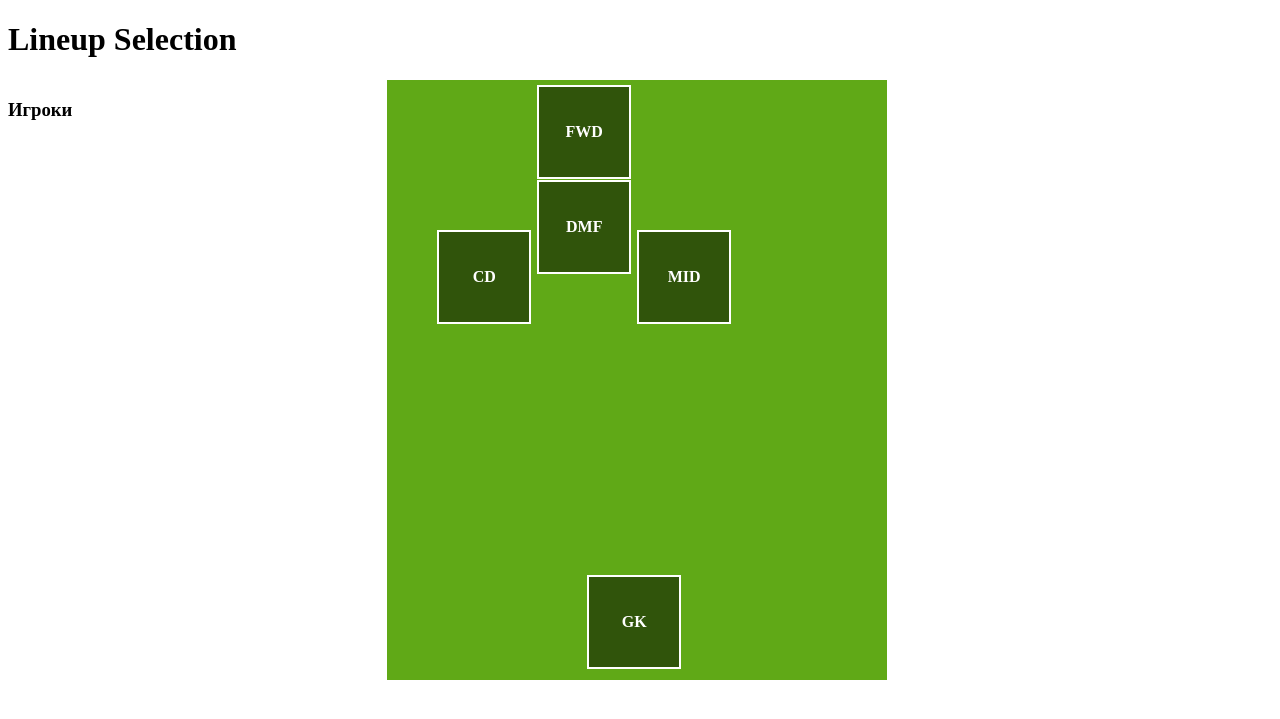
Repository: greatgreek73/soccergame
Page: http://localhost/lineup-selection/
The author's editor kept a copy of each file at every save. The page is drawn from the files as they stood at one save, then again after the next save.
The browser window is 1280 px wide. The pictures show the whole page.
Some web libraries are served in a nearby version. The page is served by the project's application, run on Django 4.2 (manage.py). A made-up administrator, testuser (Test User, test@example.com), is signed in. Other server files are loaded and not shown. Queries for data that is not in the repository find no rows.

Above is the page before, as saved 2024-04-18 21:10:14.

### players/templates/lineup_selection.html
{% load static %}

<!DOCTYPE html>
<html>
<head>
    <title>Lineup Selection</title>
    <link rel="stylesheet" href="https://code.jquery.com/ui/1.12.1/themes/base/jquery-ui.css">
    <script src="https://code.jquery.com/jquery-3.6.0.min.js"></script>
    <script src="https://code.jquery.com/ui/1.12.1/jquery-ui.min.js"></script>
    <style>
        .content-wrapper {
            display: flex;
            justify-content: flex-start; /* Изменено для устранения лишнего пространства между элементами */
        }
        #player-list {
            width: 30%; /* Задайте ширину списка игроков */
            margin-right: 0px; /* Отступ уменьшен до 0 */
        }
        #field {
            background-color: #60A917;
            width: 500px;
            height: 600px;
            position: relative;
        }
        .position {
            width: 90px;
            height: 90px;
            border: 2px solid #fff;
            position: absolute;
            display: flex;
            align-items: center;
            justify-content: center;
            color: white;
            font-weight: bold;
            background-color: rgba(0, 0, 0, 0.5); /* Небольшая прозрачность */
        }
    </style>
    <script>
        var lineup = []; // Инициализация массива состава на уровне глобальной переменной

        function loadInitialLineup() {
            $.ajax({
                url: '/get-lineup/',
                type: 'GET',
                success: function(response) {
                    lineup = response.lineup;
                    lineup.forEach(function(player) {
                        var playerElement = $('[data-player-id="' + player.player_id + '"]');
                        var positionElement = $('.position[data-position="' + player.position + '"]');
                        var playerClone = playerElement.clone().addClass('positioned-player').removeAttr('style');
                        positionElement.empty().append(playerClone);
                        playerElement.remove();
                        updateDraggable();
                    });
                },
                error: function(xhr, status, error) {
                    console.error('Error loading the lineup: ' + error);
                }
            });
        }

        function updateDraggable() {
            $('.positioned-player').draggable({
                revert: 'invalid',
                cursor: 'move',
                helper: 'clone',
                zIndex: 100
            });
        }

        $(document).ready(function() {
            loadInitialLineup();
            $('.player').draggable({
                revert: 'invalid',
                cursor: 'move',
                helper: 'clone',
                zIndex: 100
            });

            $('.position').droppable({
                accept: function(draggable) {
                    return true; // Теперь любой игрок может быть перетащен в любой слот
                },
                drop: function(event, ui) {
                    console.log("Игрок помещен в слот");
                    var droppedPlayer = ui.draggable;
                    var droppedPlayerId = droppedPlayer.data('player-id');
                    var position = $(this).data('position');  // Получаем позицию слота

                    // Удаление предыдущего игрока из этого слота, если он занят
                    if ($(this).find('.player').length) {
                        var positionedPlayerId = $(this).find('.player').data('player-id');
                        lineup = lineup.filter(item => item.player_id !== positionedPlayerId); // Удаление из массива
                    }

                    // Добавление нового игрока в массив lineup
                    lineup.push({player_id: droppedPlayerId, position: position});

                    // Клонирование и обновление DOM
                    var playerClone = droppedPlayer.clone().removeAttr('style').removeClass('ui-draggable').addClass('positioned-player');
                    $(this).empty().append(playerClone);
                    playerClone.draggable({
                        revert: 'invalid',
                        cursor: 'move',
                        helper: 'clone',
                        zIndex: 100
                    });

                    droppedPlayer.remove();
                    saveLineupAutomatically();  // Сохранение состава
                }
            });

            $('#player-list ul').droppable({
                accept: '.positioned-player',
                drop: function(event, ui) {
                    var droppedPlayer = ui.draggable;
                    var playerId = droppedPlayer.data('player-id');
                    lineup = lineup.filter(item => item.player_id !== playerId); // Update lineup
                    droppedPlayer.remove();
                    $(this).append(droppedPlayer);
                    droppedPlayer.draggable({
                        revert: 'invalid',
                        cursor: 'move',
                        helper: 'clone',
                        zIndex: 100
                    });
                    saveLineupAutomatically();
                }
            });

            function saveLineupAutomatically() {
                // Нет необходимости очищать массив, так как он уже глобальный и обновляется в других функциях
                $.ajax({
                    url: '/lineup/save/',
                    type: 'POST',
                    data: JSON.stringify({lineup: lineup}),
                    contentType: 'application/json',
                    success: function(response) {
                        console.log('Состав успешно сохранен автоматически');
                    },
                    error: function(xhr, status, error) {
                        console.error('Ошибка при автоматическом сохранении состава: ' + error);
                    }
                });
            }

            {% for position, player_id in selected_players.items %}
                var player = $('.player[data-player-id="{{ player_id }}"]');
                var playerClone = player.clone().removeAttr('style').removeClass('ui-draggable').addClass('positioned-player');
                playerClone.uniqueId();
                $('.position[data-position="{{ position }}"]').empty().append(playerClone);
                player.remove();

                playerClone.draggable({
                    revert: 'invalid',
                    cursor: 'move',
                    helper: 'clone',
                    zIndex: 100
                });
            {% endfor %}
        });
    </script>
</head>
<body>
    <h1>Lineup Selection</h1>
    <div class="content-wrapper"> <!-- Добавлен новый контейнер -->
        <div id="player-list">
            <h3>Игроки</h3>
            <ul>
                {% for player in players %}
                    <li class="player" data-player-id="{{ player.id }}" data-player-position="{{ player.position }}">
                        {{ player.last_name }} ({{ player.position }})
                    </li>
                {% endfor %}
            </ul>
        </div>

        <div id="field">
            <div class="position" data-position="GK" style="top: 495px; left: 200px;">GK</div>
            <div class="position" data-position="DEF" style="top: 150px; left: 50px;">CD</div>
            <div class="position" data-position="MID" style="top: 150px; left: 250px;">MID</div>
            <div class="position" data-position="FWD" style="top: 5px; left: 150px;">FWD</div>
            <div class="position" data-position="DMF" style="top: 100px; left: 150px;">DMF</div>

        </div>
    </div>
</body>
</html>

### players/views.py
import scipy.stats as stats
from django.http import HttpResponseRedirect, JsonResponse
from django.shortcuts import render, redirect, get_object_or_404
from .models import Player, Club, Lineup, LineupPlayer
from faker import Faker
from django.contrib import messages
from .forms import UserRegisterForm, CreateClubForm, GeneratePlayerForm
from django.contrib.auth import authenticate, login
from django.contrib.auth.decorators import login_required
from match_engine.engine import simulate_match
from utils.player_stats_generator import PlayerStatsGenerator
from utils.config import TOTAL_POINTS, MAIN_STATS_RATIO, KEY_STAT_MULTIPLIERS, MAX_STAT_VALUE
import json
from django.views.decorators.csrf import csrf_exempt
import logging

# Настройка логгера
logger = logging.getLogger('newsoccergame')

fake = Faker()

STATS = [
    'strength', 'stamina', 'pace', 'marking', 'tackling', 'work_rate',
    'positioning', 'passing', 'crossing', 'dribbling', 'ball_control',
    'heading', 'finishing', 'long_range', 'vision', 'handling', 'reflexes',
    'aerial', 'jumping', 'command', 'throwing', 'kicking'
]

def index(request):
    return render(request, 'index.html')

def generate_player(request):
    if request.method == 'POST':
        form = GeneratePlayerForm(request.POST)
        if form.is_valid():
            position = form.cleaned_data['position']
            Player.objects.create(
                first_name=fake.first_name_male(),
                last_name=fake.last_name_male(),
                age=17,
                position=position
            )
            return HttpResponseRedirect('/generate/')
    else:
        form = GeneratePlayerForm()
    return render(request, 'generate_player.html', {'form': form})

def register(request):
    if request.method == 'POST':
        form = UserRegisterForm(request.POST)
        if form.is_valid():
            form.save()
            username = form.cleaned_data.get('username')
            messages.success(request, f'Your account has been created! You are now able to log in')
            return redirect('login')
    else:
        form = UserRegisterForm()
    return render(request, 'register.html', {'form': form})

def user_login(request):
    if request.method == 'POST':
        username = request.POST['username']
        password = request.POST['password']
        user = authenticate(request, username=username, password=password)
        if user is not None:
            login(request, user)
            try:
                club = Club.objects.get(user=user)
                return redirect('club_detail', club_id=club.id)
            except Club.DoesNotExist:
                return redirect('create_club')
        else:
            return render(request, 'login.html', {'error': 'Invalid credentials'})
    return render(request, 'login.html')

@login_required
def home(request):
    try:
        club = Club.objects.get(user=request.user)
        return redirect('club_detail', club_id=club.id)
    except Club.DoesNotExist:
        return redirect('create_club')

def club_detail(request, club_id):
    club = get_object_or_404(Club, id=club_id)
    context = {
        'club': club,
        'form': GeneratePlayerForm()
    }
    return render(request, 'club_detail.html', context)

def create_club(request):
    if request.method == 'POST':
        form = CreateClubForm(request.POST)
        if form.is_valid():
            existing_club = Club.objects.filter(user=request.user).first()
            if existing_club:
                return redirect('club_detail', club_id=existing_club.id)

            new_club = Club.objects.create(
                user=request.user,
                name=form.cleaned_data['name'],
                country=form.cleaned_data['country']
            )
            return redirect('club_detail', club_id=new_club.id)
    else:
        form = CreateClubForm()
    return render(request, 'create_club.html', {'form': form})

def generate_player_for_club(request, club_id):
    try:
        club = Club.objects.get(id=club_id)
    except Club.DoesNotExist:
        return redirect('home')

    if club.user != request.user:
        return redirect('home')

    if request.method == 'POST':
        form = GeneratePlayerForm(request.POST)
        if form.is_valid():
            position = form.cleaned_data['position']
            player_class = int(form.cleaned_data['player_class'])

            config = {
                'stats': STATS,
                'total_points': TOTAL_POINTS,
                'main_stats_ratio': MAIN_STATS_RATIO,
                'key_stat_multipliers': KEY_STAT_MULTIPLIERS,
                'max_stat_value': MAX_STAT_VALUE
            }
            generator = PlayerStatsGenerator(config)
            player_stats = generator.generate_stats(position, player_class)

            country_to_locale = {
                'USA': 'en_US',
                'Russia': 'ru_RU',
                'China': 'zh_CN',
                'Belgium': 'nl_BE',
                'New Zealand': 'en_NZ',
                'Austria': 'de_AT',
                'Brazil': 'pt_BR',
                'Greece': 'el_GR',
                'Argentina': 'es_AR',
                'Italy': 'it_IT',
                'Germany': 'de_DE',
            }

            print(f"Club country: {club.country}")
            locale = country_to_locale.get(club.country, 'en_US')
            print(f"Using locale: {locale}")

            fake = Faker(locale)

            while True:
                first_name = fake.first_name_male()
                last_name = fake.last_name_male()

                if not Player.objects.filter(first_name=first_name, last_name=last_name).exists():
                    break

            player = Player.objects.create(
                first_name=first_name,
                last_name=last_name,
                age=17,
                club=club,
                nationality=club.country,
                position=position,
                player_class=player_class,
                **player_stats
            )

            return redirect('club_detail', club_id=club.id)
    else:
        form = GeneratePlayerForm()

    context = {'form': form}
    return render(request, 'generate_player.html', context)

def player_detail(request, player_id):
    player = get_object_or_404(Player, id=player_id)
    context = {
        'player': player
    }
    return render(request, 'player_detail.html', context)

def start_match(request, club_id):
    club1 = get_object_or_404(Club, id=club_id)
    opponent_club_id = request.GET.get('opponent_club_id')
    if opponent_club_id:
        try:
            club2 = get_object_or_404(Club, id=opponent_club_id)
        except Club.DoesNotExist:
            return render(request, 'error.html', {'error': 'Invalid opponent club'})

        lineup1 = Lineup.objects.filter(user=club1.user).last()
        lineup2 = Lineup.objects.filter(user=club2.user).last()

        if lineup1:
            players1 = [lp.player for lp in LineupPlayer.objects.filter(lineup=lineup1)]
        else:
            players1 = Player.objects.filter(club=club1)

        if lineup2:
            players2 = [lp.player for lp in LineupPlayer.objects.filter(lineup=lineup2)]
        else:
            players2 = Player.objects.filter(club=club2)

        winner, loser = simulate_match(players1, players2, club1, club2)

        winner_players = winner.players
        loser_players = loser.players

        context = {
            'club1': club1,
            'club2': club2,
            'winner_club': winner.club,
            'loser_club': loser.club,
            'winner_players': winner_players,
            'loser_players': loser_players,
        }

        return render(request, 'match.html', context)
    else:
        other_clubs = Club.objects.exclude(id=club_id)
        context = {
            'club': club1,
            'other_clubs': other_clubs,
        }
        return render(request, 'select_opponent.html', context)

def update_stadium(request, pk):
    club = get_object_or_404(Club, pk=pk)
    if request.method == 'POST':
        data = json.loads(request.body)
        club.stadium_name = data['stadium_name']
        club.save()
        return JsonResponse({'status': 'ok'})

def increase_capacity(request, pk):
    club = get_object_or_404(Club, pk=pk)
    if request.method == 'POST':
        club.stadium_capacity += 1000
        club.save()
        return JsonResponse({'stadium_capacity': club.stadium_capacity})

@login_required
def lineup_selection(request):
    players = Player.objects.filter(club__user=request.user)
    lineup = Lineup.objects.filter(user=request.user).last()
    if lineup:
        lineup_players = LineupPlayer.objects.filter(lineup=lineup)
        selected_players = {lp.position: lp.player.id for lp in lineup_players}
    else:
        selected_players = {}
    return render(request, 'lineup_selection.html', {'players': players, 'selected_players': selected_players})

@login_required
@csrf_exempt
def save_lineup(request):
    logger.debug("save_lineup called")  # Логирование вызова функции
    if request.method == 'POST':
        try:
            data = json.loads(request.body)
            logger.debug(f"Received lineup data: {data}")  # Логирование полученных данных

            lineup_data = data.get('lineup', [])
            user = request.user
            lineup = Lineup.objects.filter(user=user).last()

            if not lineup:
                lineup = Lineup.objects.create(user=user)

            # Удалить всех текущих игроков из лайнапа перед добавлением новых
            LineupPlayer.objects.filter(lineup=lineup).delete()

            # Добавить игроков из полученных данных
            for item in lineup_data:
                player_id = item.get('player_id')
                position = item.get('position')
                player = Player.objects.get(id=player_id)
                LineupPlayer.objects.create(lineup=lineup, player=player, position=position)

            logger.debug("Lineup saved successfully")  # Логирование успешного сохранения
            return JsonResponse({'status': 'success', 'message': 'Состав успешно сохранен'})
        except Exception as e:
            logger.error(f"Error saving lineup: {e}", exc_info=True)  # Логирование ошибок
            return JsonResponse({'error': 'Internal server error'}, status=500)
    else:
        logger.warning("Incorrect request method")  # Логирование некорректного метода запроса
        return JsonResponse({'status': 'error', 'message': 'Неверный метод запроса'}, status=400)

def get_lineup(request):
    lineup = LineupPlayer.objects.filter(lineup__user=request.user)  # Убедитесь, что данные фильтруются по текущему пользователю
    data = [{'player_id': player.player.id, 'position': player.position} for player in lineup]
    return JsonResponse({'lineup': data})

### newsoccergame/urls.py
from django.contrib import admin
from django.urls import path, include
from players import views as player_views
from django.contrib.auth import views as auth_views
from django.contrib.auth.views import LogoutView
from players.views import index


urlpatterns = [
    path('', index, name='index'),
    path('admin/', admin.site.urls),
    path('', include('players.urls')),
    path('generate/', player_views.generate_player, name='generate_player'),
    path('register/', player_views.register, name='register'),
    path('login/', auth_views.LoginView.as_view(template_name='login.html'), name='login'),
    path('logout/', LogoutView.as_view(next_page='index'), name='logout'),
    path('', player_views.home, name='home'),

]

### players/urls.py
from django.urls import path
from . import views
from players.views import index
from .views import lineup_selection

urlpatterns = [
    # ... другие маршруты ...
    path('generate/', views.generate_player, name='generate_player'),
    path('register/', views.register, name='register'),
    path('login/', views.user_login, name='login'),
    path('', views.home, name='home'),
    path('club/<int:club_id>/', views.club_detail, name='club_detail'),
    path('create_club/', views.create_club, name='create_club'),
    path('club/<int:club_id>/generate_player/', views.generate_player_for_club, name='generate_player_for_club'),
    path('player/<int:player_id>/', views.player_detail, name='player_detail'),
    path('', index, name='index'),
    path('match/<int:club1_id>/<int:club2_id>/', views.start_match, name='start_match'),
    path('match/<int:club_id>/', views.start_match, name='start_match'),
    path('clubs/<int:pk>/update_stadium/', views.update_stadium, name='update_stadium'),
    path('clubs/<int:pk>/increase_capacity/', views.increase_capacity, name='increase_capacity'),
    path('lineup-selection/', views.lineup_selection, name='lineup_selection'),
    path('lineup/save/', views.save_lineup, name='save_lineup'),
    path('get-lineup/', views.get_lineup, name='get_lineup'),
]

After the next save:
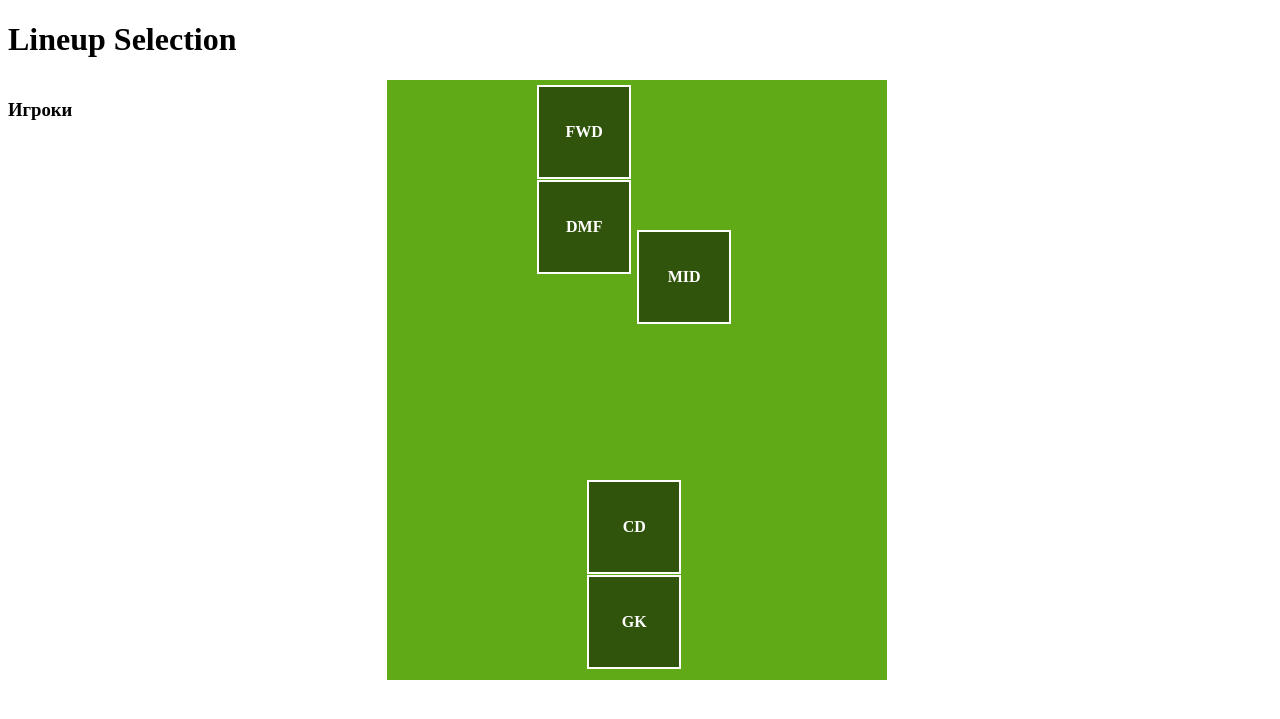
Saved 30 s later.
--- a/players/templates/lineup_selection.html
+++ b/players/templates/lineup_selection.html
@@ -178,7 +178,7 @@
 
         <div id="field">
             <div class="position" data-position="GK" style="top: 495px; left: 200px;">GK</div>
-            <div class="position" data-position="DEF" style="top: 150px; left: 50px;">CD</div>
+            <div class="position" data-position="DEF" style="top: 400px; left: 200px;">CD</div>
             <div class="position" data-position="MID" style="top: 150px; left: 250px;">MID</div>
             <div class="position" data-position="FWD" style="top: 5px; left: 150px;">FWD</div>
             <div class="position" data-position="DMF" style="top: 100px; left: 150px;">DMF</div>
